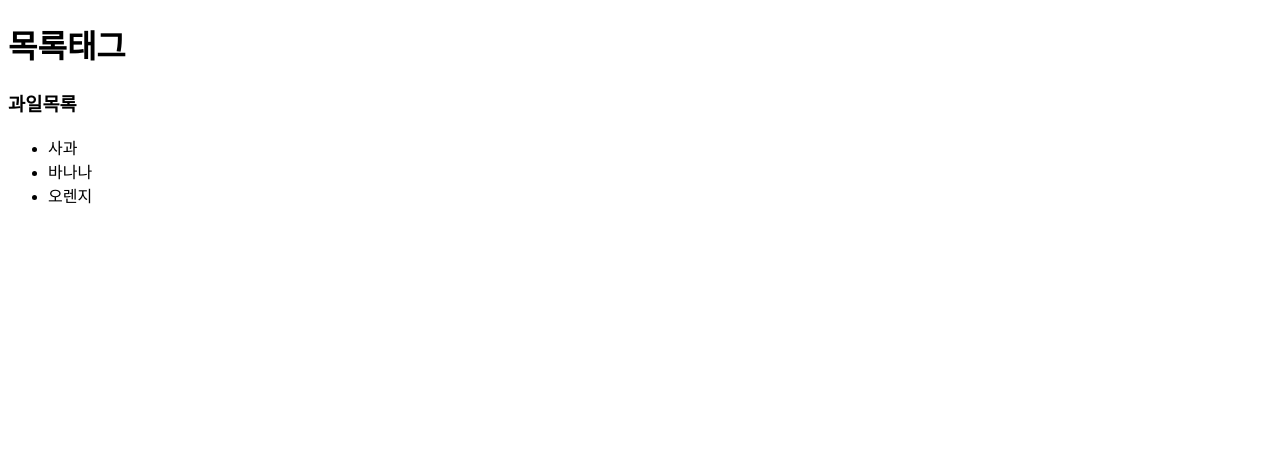
Repository: blinggg/html_git
Page: 0406/ex0406/WebContent/ex04.html
The author's editor kept a copy of each file at every save. The page is drawn from the files as they stood at one save, then again after the next save.
The browser window is 1280 px wide. The pictures show the whole page.

Above is the page before, as saved 2020-04-06 02:41:50.

After the next save:
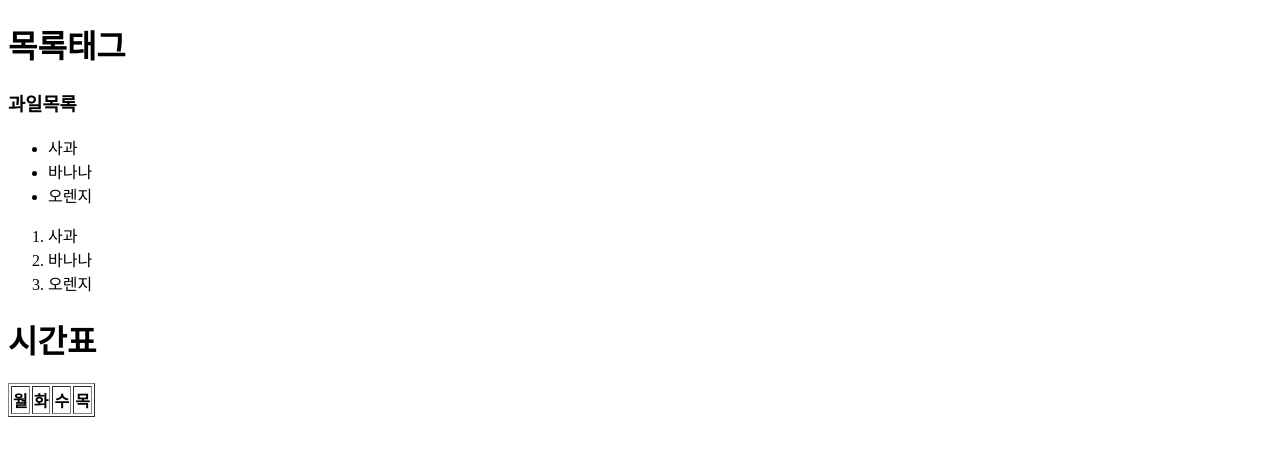
Saved 8 min 44 s later.
--- a/0406/ex0406/WebContent/ex04.html
+++ b/0406/ex0406/WebContent/ex04.html
@@ -7,10 +7,30 @@
 <body>
 	<h1>목록태그</h1>
 	<h3>과일목록</h3>
+
+	<!-- 순서가 없는 리스트 -->
 	<ul>
-		<li>사과</li>
+		<li>사과  </li>
 		<li>바나나</li>
 		<li>오렌지</li>
 	</ul>
+
+	<!-- 순서가 있는 리스트 -->
+	<ol><li>사과  </li>
+		<li>바나나</li>
+		<li>오렌지</li>
+	</ol>
+
+	<h1>시간표</h1>
+	<table border=1>
+		<tr>
+			<th>월</th>
+			<th>화</th>
+			<th>수</th>
+			<th>목</th>
+
+
+		</tr>
+	</table>
 </body>
 </html>
